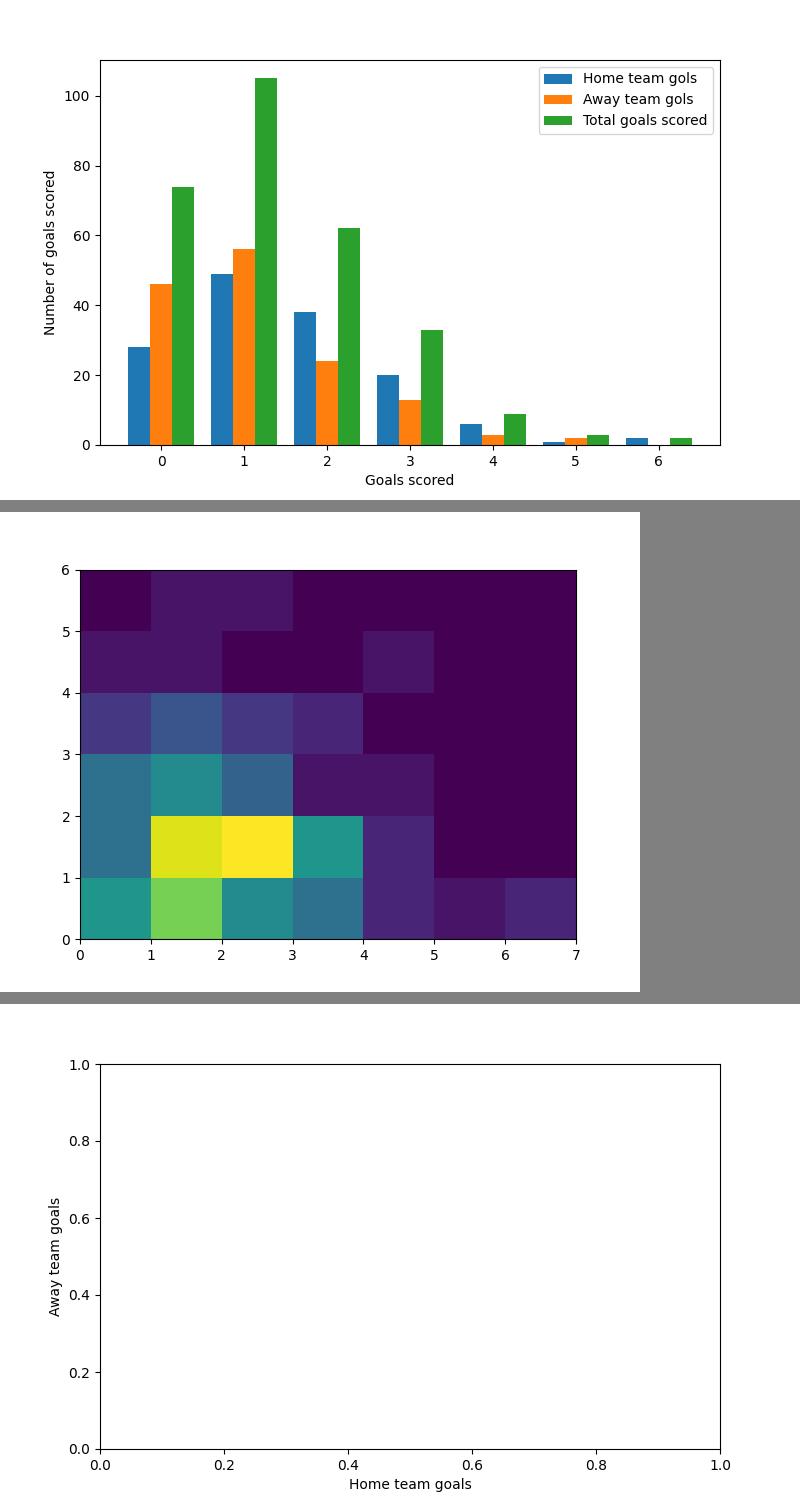
Repository: nelsonalexandrino/python_matplotlib_datavisualization_
Script's output: python Histograms.py
These files come from the project's save history. The script's output is drawn as it stood at one moment and after the next save; the edit follows.
Each picture stacks the figures in order, with grey between them; figures that are only written to a file come last. Random numbers start from a fixed seed.

Above is the script's output before, as saved 2019-08-25 13:14:58.

After the next save:
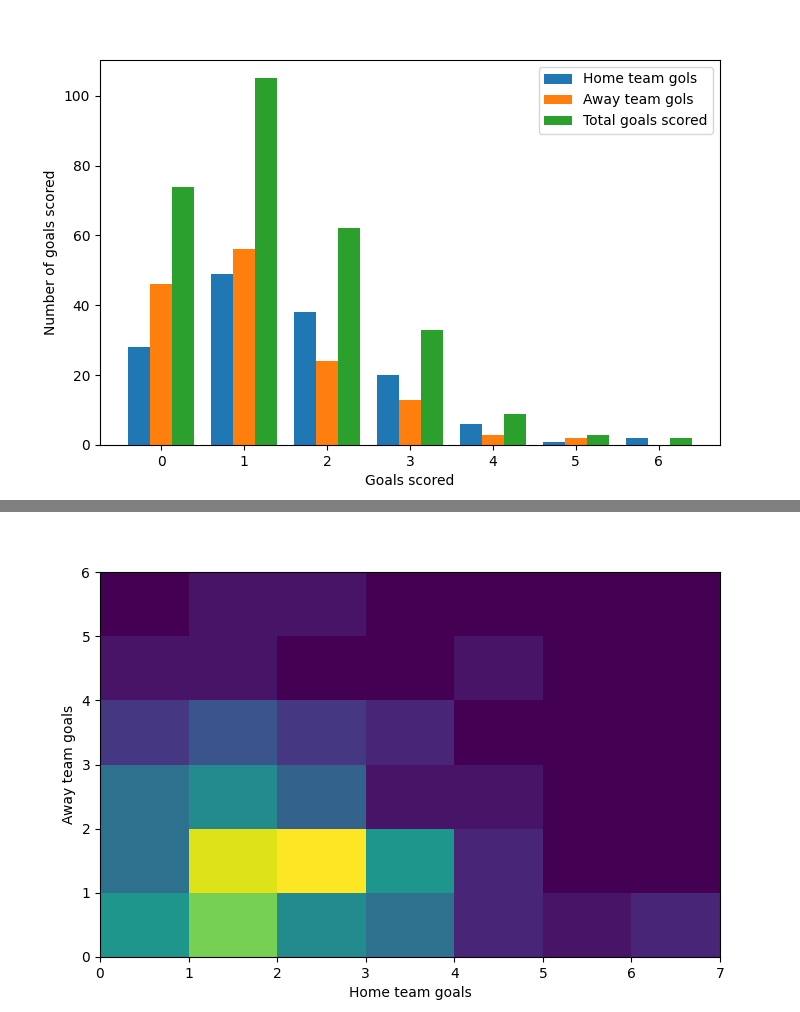
Saved 90 s later.
--- a/Histograms.py
+++ b/Histograms.py
@@ -16,8 +16,8 @@ pyplot.xlabel('Goals scored')
 pyplot.ylabel('Number of goals scored')
 pyplot.show()
 
+pyplot.figure(figsize=(8, 5))
 pyplot.hist2d(x=HomeTeamGoals, y=AwayTeamGoals, bins=(range(8), range(7)))
-pyplot.figure(figsize=(8, 5))
 pyplot.xlabel('Home team goals')
 pyplot.ylabel('Away team goals')
 pyplot.show()
